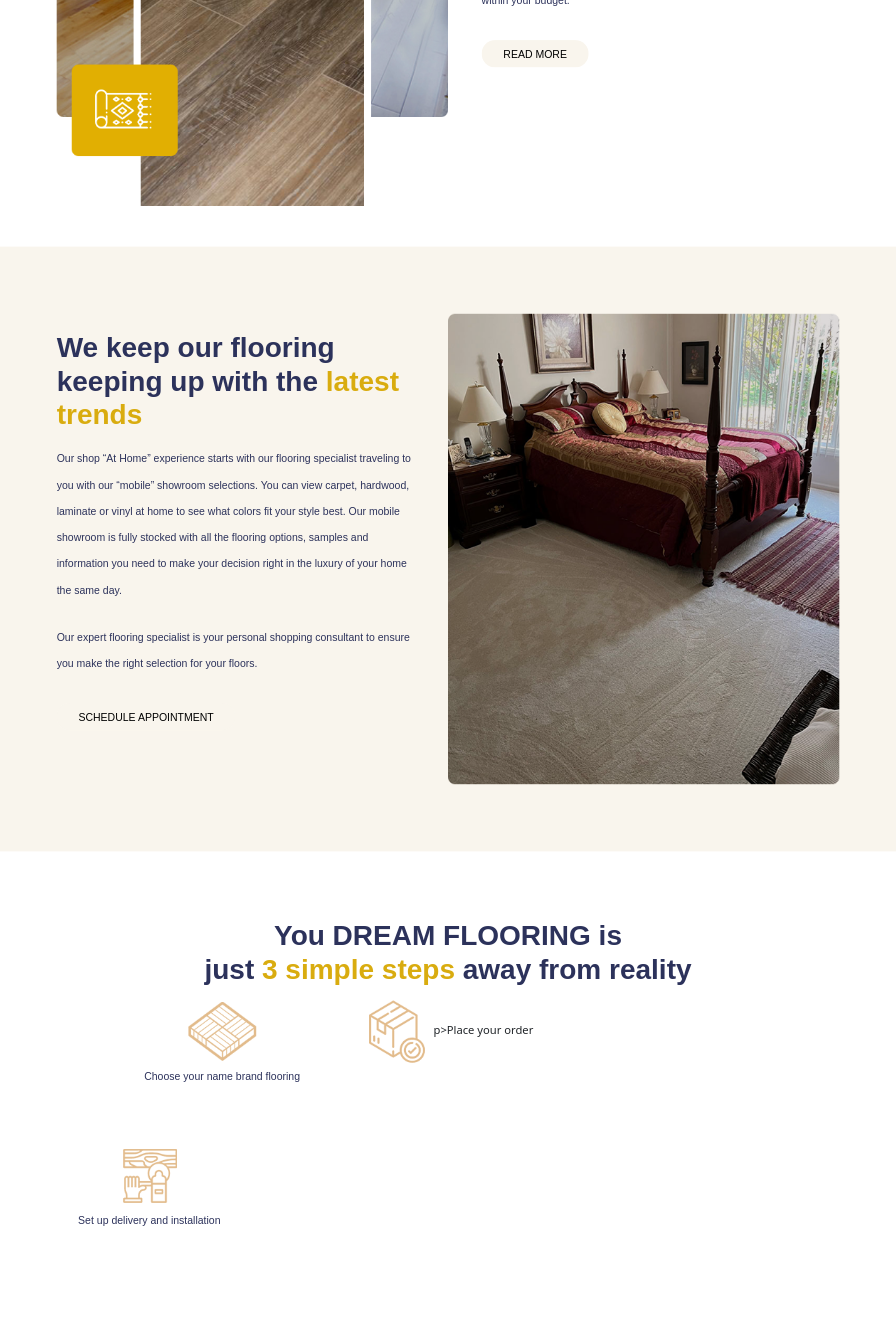
Repository: Ab-dur-Rehman/sscaseFolders
Page: index.html
An editor plug-in stored every save of this project. The page is shown before and after the next save, followed by the edit.
The browser window is 1280 px wide. The pictures show the part of the page from y = 1435 to 3355 px (the page is 3355 px tall), at 70% of full size.
Some web fonts or font styles are not loaded; a fallback is used.

Above is the page before, as saved 2022-12-26 11:56:05.

### index.html
<!doctype html>
<html lang="en">
  <head>
    <meta charset="utf-8">
    <meta name="viewport" content="width=device-width, initial-scale=1">
    <!-- Bootstrap CSS -->
    <link href="https://cdn.jsdelivr.net/npm/bootstrap@5.0.2/dist/css/bootstrap.min.css" rel="stylesheet" integrity="sha384-EVSTQN3/azprG1Anm3QDgpJLIm9Nao0Yz1ztcQTwFspd3yD65VohhpuuCOmLASjC" crossorigin="anonymous">
    <!-- Custom CSS -->
    <link rel="stylesheet" href="assets/css/style.css">
    <!-- FontAwesome -->
    <link rel="stylesheet" href="https://cdnjs.cloudflare.com/ajax/libs/font-awesome/6.2.1/css/all.min.css" integrity="sha512-MV7K8+y+gLIBoVD59lQIYicR65iaqukzvf/nwasF0nqhPay5w/9lJmVM2hMDcnK1OnMGCdVK+iQrJ7lzPJQd1w==" crossorigin="anonymous" referrerpolicy="no-referrer" />
    <!-- JQuery -->
    <script src="https://code.jquery.com/jquery-3.6.1.min.js" integrity="sha256-o88AwQnZB+VDvE9tvIXrMQaPlFFSUTR+nldQm1LuPXQ=" crossorigin="anonymous"></script>
    <!-- Bootstrap JS -->
    <script src="https://cdn.jsdelivr.net/npm/bootstrap@5.0.2/dist/js/bootstrap.bundle.min.js" integrity="sha384-MrcW6ZMFYlzcLA8Nl+NtUVF0sA7MsXsP1UyJoMp4YLEuNSfAP+JcXn/tWtIaxVXM" crossorigin="anonymous"></script>
    <!-- Custom Scripts -->
    <script type="module" src="assets/js/script.js"></script>

    <title>Comfort Carpets</title>
  </head>
  <body>
    <div class="col-lg-12 mx-auto main-wrapper">

      <header class="py-3 px-5 header-top">
        <div class="header-top-inner row gx-0 max-content d-flex flex-row align-items-center">
          <div class="col-md-3 logo-top mx-0 px-0">
            <a href="#"><img src="assets/images/logo.png" alt="logo"/></a>
          </div>
          <div class="col-md-9 header-left mx-0 px-0 py-0">
            <div class="top-call-info">
              <div class="top-call-info-inner d-flex flex-row justify-content-end align-items-center">
                <div class="top-call-info-inner-left px-4 d-flex flex-row align-items-center">
                  <i class="fa fa-volume-control-phone" aria-hidden="true"></i>
                  <span class="call-text px-2">Call or Text: </span>
                  <span class="call-number">847-327-9910</span>
                </div>
                <div class="top-call-info-inner-right">
                  <button type="button" class="btn btn-appointment">Schedule Appointment</button>
                </div>
              </div>
            </div>
            <div class="main-nav-wrapper">
              <nav class="navbar navbar-expand-lg navbar-light">
                <div class="container-fluid justify-content-end">
                  <button class="navbar-toggler" type="button" data-bs-toggle="collapse" data-bs-target="#navbarNav" aria-controls="navbarNav" aria-expanded="false" aria-label="Toggle navigation">
                    <span class="navbar-toggler-icon"></span>
                  </button>
                  <div class="collapse navbar-collapse justify-content-end" id="navbarNav">
                    <ul class="navbar-nav text-end">
                      <li class="nav-item">
                        <a class="nav-link active" aria-current="page" href="#">Home</a>
                      </li>
                      <li class="nav-item">
                        <a class="nav-link" href="#">Flooring</a>
                      </li>
                      <li class="nav-item">
                        <a class="nav-link" href="#">Carpet Repair</a>
                      </li>
                      <li class="nav-item">
                        <a class="nav-link" href="#">Resources</a>
                      </li>
                      <li class="nav-item">
                        <a class="nav-link" href="#">Gallery</a>
                      </li>
                      <li class="nav-item">
                        <a class="nav-link" href="#">Reviews</a>
                      </li>
                      <li class="nav-item">
                        <a class="nav-link" href="#">FAQ's</a>
                      </li>
                      <li class="nav-item">
                        <a class="nav-link" href="#">Contact Us</a>
                      </li>
                    </ul>
                  </div>
                </div>
              </nav>
            </div>
          </div>
        </div>
        <div class="header-bottom row gx-0 max-content d-flex flex-row align-items-center py-5 my-3">
          <div class="col-lg-6 banner-text mx-0 px-0">
            <div class="banner-text-inner">
              <h4 class="banner-title">All the latest trends and styles</h4>
              <p class="banner-sub">We keep our flooring as current as possible keeping up with the latest trends and styles.</p>
              <div class="top-call-info-inner-right">
                <button type="button" class="btn btn-appointment">Schedule Appointment</button>
              </div>
          </div>
          <div class="col-lg-6 mx-0 px-0"></div>
        </div>
      </header>
      <div class="header-bottom col-lg-12 mx-auto main-content-2">
        <div class="row gx-0 d-flex flex-row align-items-center py-5 my-3">
          <div class="tab-wrapper col-3 m-1">
            <div class="tab-price d-flex flex-row align-items-center">
              <sup>$</sup>150<span>00</br>OFF</span>
            </div>
            <span>Any Carpet Orders</span>
            <span>750 SQ. FT. or more.</span>
          </div>
          <div class="tab-wrapper col-3 m-1">
            <div class="tab-price d-flex flex-row align-items-center">
              <sup>$</sup>150<span>00</br>OFF</span>
            </div>
            <span>Any Carpet Orders</span>
            <span>750 SQ. FT. or more.</span>
          </div>
          <div class="tab-wrapper col-3 m-1">
            <div class="tab-price d-flex flex-row align-items-center">
              <sup>$</sup>75<span>00</br>OFF</span>
            </div>
            <span>Any Carpet Orders</span>
            <span>750 SQ. FT. or more.</span>
          </div>
          <div class="tab-wrapper col-3 m-1">
            <div class="tab-price d-flex flex-row align-items-center">
              <sup>$</sup>150<span>00</br>OFF</span>
            </div>
            <span>Any Carpet Orders</span>
            <span>750 SQ. FT. or more.</span>
          </div>
        </div>
      </div>
      <!-- <content class="col-12 main-content"> -->
      <content>
        <div class="content-top">
          <div class="row gx-0 d-flex flex-row align-items-top py-5 px-3 mx-auto main-content-2">
            <div class="cont-1-pic col-md-6">
              <img src="assets/images/about.png" alt="Cont-1-pic"/>
            </div>
            <div class="cont-1-text col-md-6 my-4">
              <div class="cont-1-text-inner p-text ps-md-5">
                <h1 class="h1">We Care About <span>Your Comfort</span></h1>
                <p>Comfort Carpets has been serving the Chicagoland area for over 25 years. We offer high quality flooring from countless manufacturers, with a unique selection of styles from traditional to contemporary and excellent value so that your dream room can become a reality.</p>
                <p>It is our promise to provide service that exceeds your expectations & works within your budget.</p>
                <button type="button" class="btn btn-read-more mt-2">Read More</button>
              </div>
            </div>
          </div>
        </div>
        <div class="content-2-wrapper py-5">
          <div class="row gx-0 d-flex flex-row flex-row-reverse align-items-top py-5 px-3 mx-auto main-content-2">
            <div class="cont-2-pic col-md-6">
              <img src="assets/images/3.png" alt="Cont-2-pic"/>
            </div>
            <div class="cont-2-text col-md-6 mt-4">
              <div class="cont-2-text-inner p-text pe-md-5">
                <h1 class="h1">We keep our flooring keeping up with the <span>latest trends</span></h1>
                <p>Our shop “At Home” experience starts with our flooring specialist traveling to you with our “mobile” showroom selections. You can view carpet, hardwood, laminate or vinyl at home to see what colors fit your style best. Our mobile showroom is fully stocked with all the flooring options, samples and information you need to make your decision right in the luxury of your home the same day.</p>
                <p>Our expert flooring specialist is your personal shopping consultant to ensure you make the right selection for your floors.</p>
                <button type="button" class="btn btn-read-more mt-2">Schedule Appointment</button>
              </div>
            </div>
          </div>
        </div>
        <div class="content-3-wrapper py-5 p-text text-center">
          <div class="row gx-0 py-5 px-3 mx-auto main-content-3">
            <h1 class="h1 col-12">You DREAM FLOORING is <br> just <span>3 simple steps</span> away from reality</h1>
            <div class="col-md-4">
              <div class="content-3-inner mx-auto">
                <img src="assets/images/step-1.png" alt="step-1"/>
                <p>Choose your name brand flooring</p>
              </div>
            </div>
            <div class="col-md-4">
              <div class="content-3-inner mx-auto"></div>
                <img src="assets/images/step-2.png" alt="step-2"/>
                p>Place your order</p>
              </div>
            </div>
            <div class="col-md-4">
              <div class="content-3-inner mx-auto"></div>
                <img src="assets/images/step-3.png" alt="step-3"/>
                <p>Set up delivery and installation</p>
              </div>
            </div>
          </div>
        </div>
      </content>
      <footer class="row gx-0 py-3 px-5 footer-wrapper text-center mt-5">

      </footer>
    </div>
  </body>
</html>

### assets/css/style.css
@import url('https://fonts.googleapis.com/css2?family=Amiko:wght@400;600;700&family=Chivo:wght@400;500;600;700&display=swap');


img { width:100%;}
/* body { color:#fff;} */

/* font-family: 'Amiko', sans-serif;
font-family: 'Chivo', sans-serif; */

.logo-top img {
    max-width: 242px;
}
.max-content {
    max-width: 1200px;
    margin: 0 auto;
    width: 100%;
}
.main-content-2 {
    max-width: 1150px;
    margin: 0 auto;
    width: 100%;
}
.header-top {
    background:url(../images/bnr.png);
    background-position: top center;
    background-repeat: no-repeat;
    background-size:cover;
}
.btn-appointment {
    background: #e1af02;
    color: #000;
    font-family: 'Amiko', sans-serif;
    padding: 12px 20px 10px 20px;
    border-radius: 5px;
    font-size: 16px;
    font-weight: 500;
    border-radius: 40px;
    line-height: 1;
}
.call-text {
    font-size: 15px;
    font-weight: 400;
    font-family: 'Amiko', sans-serif;
    color: #fff;
}
.call-number {
    font-size: 20px;
    font-weight: 500;
    font-family: 'Chivo', sans-serif;
    color: #fff;
}
.nav-link {
    font-size: 15px;
    font-weight: 400;
    font-family: 'Amiko', sans-serif;
    color: #fff!important;
}

.banner-title {
    font-size: 17px;
    font-weight: 500;
    font-family: 'Amiko', sans-serif;
    color: #fff;
    line-height: 1;
    text-transform: uppercase;
    text-shadow: 2px 2px 2px #777371;
}
.banner-sub {
    font-size: 45px;
    font-weight: 400;
    font-family: 'Chivo', sans-serif;
    color: #fff;
    line-height: 1.2;
    text-shadow: 2px 2px 2px #777371;
}
.tab-wrapper {
    border: 10px solid transparent;
    padding: 15px;
    /* border-image: url(../images/31.png) 4% round; */
    /* border-image-outset: 10px 5px 15px 5px; */
    /* border-image-slice: 70; */
    /* border-image-source:url('../images/31.png');
    border-image-repeat: stretch;
    border-image-slice: 30;
    border-image-width: 50px;
    border-image-outset: 10px; */

    border: 16px solid transparent;
	border-image: 16 repeating-linear-gradient(45deg, #656461 0, #656461 1em, transparent 0, transparent 2em, #656461 0, #656461 3em, transparent 0, transparent 4em);

}

.p-text h1 {
    /* font-size: 45px; */
    font-weight: 800;
    font-family: 'Chivo', sans-serif;
    color: #2c325b;
    margin-bottom: 20px;
}
.p-text h1 span {
    color: #d9ac0f;
}
.p-text p {
    font-size: 15px;
    font-weight: 400;
    font-family: 'Amiko', sans-serif;
    color: #2c325b;
    line-height: 2.5;
    margin-bottom: 30px;
}

.btn-read-more {
    background: #f9f5ed;
    color: #000;
    font-family: 'Amiko', sans-serif;
    padding: 12px 30px 10px 30px;
    border-radius: 5px;
    font-size: 15px;
    font-weight: 500;
    border-radius: 40px;
    line-height: 1;
    text-transform: uppercase;
}
.content-2-wrapper {
    background: #f9f5ed;
}
.main-content-3 {
    max-width: 1000px;
    margin: 0 auto;
    width: 100%;
}
.content-3-wrapper img {
    max-width: 97px;
    width: 100%;
}


/* //Responsive */

@media only screen and (max-width: 1350px) {

}

@media only screen and (max-width: 1262px) and (min-width: 1024px) {

}
@media only screen and (max-width: 1023px) {

}
@media only screen and (max-width: 982px) {

}
@media only screen and (max-width: 685px) {

}
@media only screen and (max-width: 576px) {

}

### assets/js/script.js
//doughnut
// var ctxD = document.getElementById("doughnutChart").getContext('2d');
// var ctxD2 = document.getElementById("doughnutChart2").getContext('2d');
// var myLineChart = new Chart(ctxD, {
//   type: 'doughnut',
//   data: {
//     labels: ["Red", "Green"],
//     datasets: [{
//       data: [25, 75],
//       backgroundColor: ["#F7464A", "#46BFBD"],
//       hoverBackgroundColor: ["#FF5A5E", "#5AD3D1"]
//     }]
//   },
//   options: {
//   	responsive: true
//   }
// });

// var myLineChart2 = new Chart(ctxD2, {
//     type: 'doughnut',
//     data: {
//       labels: ["Red", "Green"],
//       datasets: [{
//         data: [25, 75],
//         backgroundColor: ["#F7464A", "#46BFBD"],
//         hoverBackgroundColor: ["#FF5A5E", "#5AD3D1"]
//       }]
//     },
//     options: {
//         responsive: true
//     }
//   });

$(".option-icon-right input:checkbox").change(function(){
    $(this).closest("li").toggleClass('selected', this.checked);
    $('li.selected .option-icon-right label span').text('On');
    $('li:not(.selected) .option-icon-right label span').text('Off');
});

After the next save:
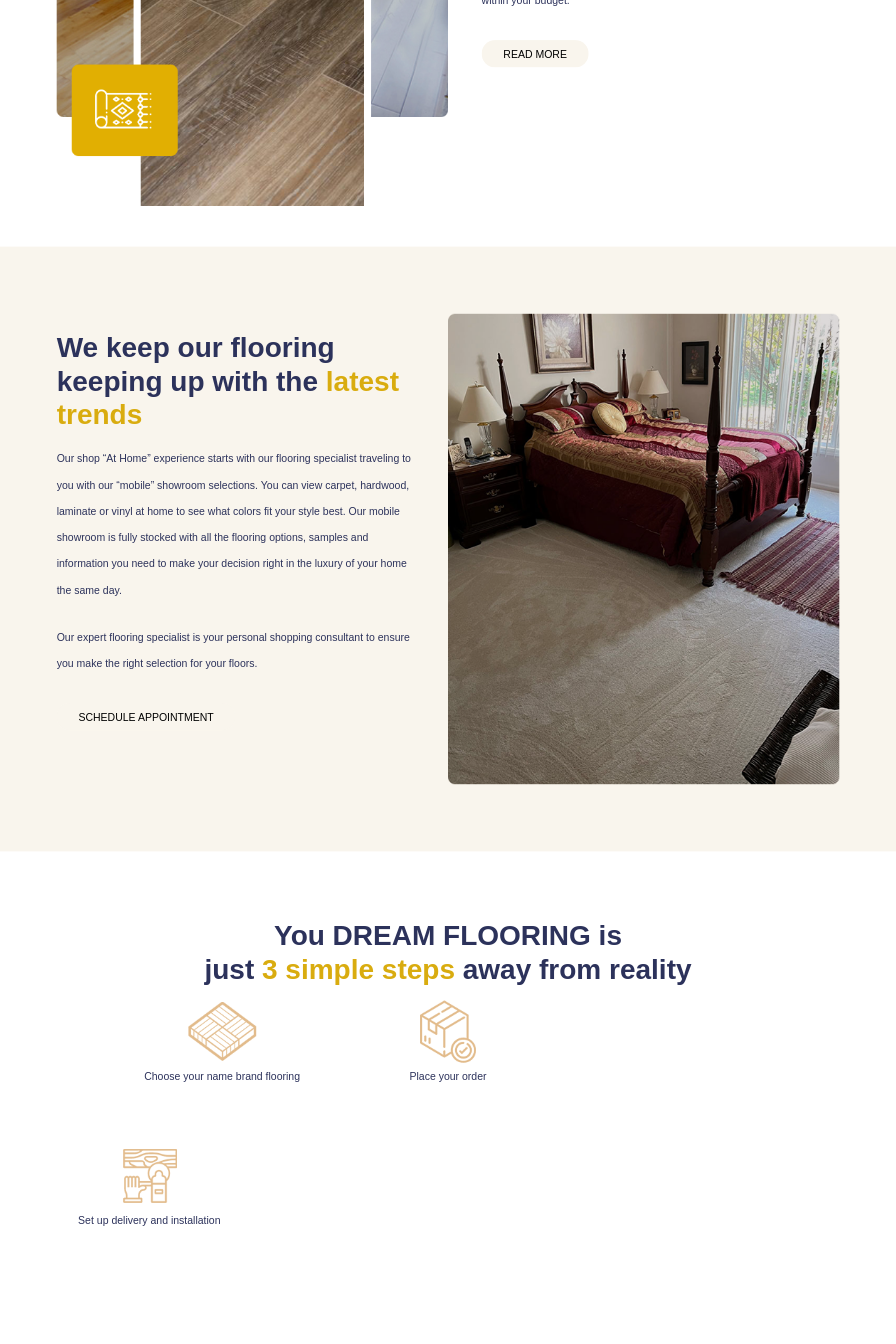
Saved 12 s later.
--- a/index.html
+++ b/index.html
@@ -166,7 +166,7 @@
             <div class="col-md-4">
               <div class="content-3-inner mx-auto"></div>
                 <img src="assets/images/step-2.png" alt="step-2"/>
-                p>Place your order</p>
+                <p>Place your order</p>
               </div>
             </div>
             <div class="col-md-4">
